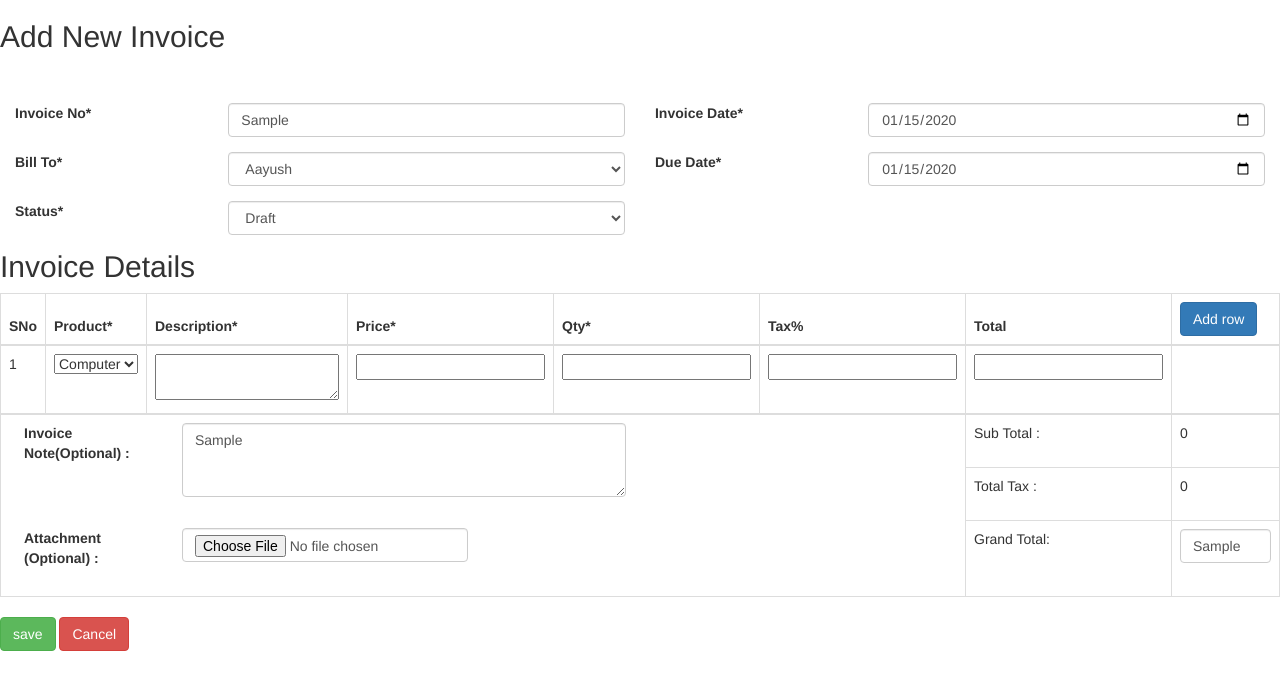
Repository: Aayush13013/Invoice_Management_app
Page: http://localhost/invoiceInfo/WEB-INF/jsp/new_invoiceInfo.jsp
These files come from the project's save history. The page is drawn as it stood at one moment and after the next save; the edit follows.
The browser window is 1280 px wide. The pictures show the whole page.
Empty fields were first filled with sample values (such as "Sample", 5 or name@example.com).
After loading, the first visible `input.btn` was clicked once.
The page is served by Tomcat 9. Nobody is signed in. Other server files are loaded and not shown. The template is opened directly, without the code that normally fills it, so the values that code supplies are empty.

Above is the page before, as saved 2021-12-28 05:38:53.

### invoiceInfo/invoiceInfo/src/main/webapp/WEB-INF/jsp/new_invoiceInfo.jsp
<%@ page language="java" contentType="text/html; charset=ISO-8859-1"
	pageEncoding="ISO-8859-1"%>
<%@ taglib prefix="form" uri="http://www.springframework.org/tags/form"%>
<%@ taglib prefix="c" uri="http://java.sun.com/jsp/jstl/core"%>


<!DOCTYPE html>
<html>

<head>
<meta charset="ISO-8859-1">
<title>Add New Invoice</title>

<link rel="stylesheet"
	href="https://maxcdn.bootstrapcdn.com/bootstrap/3.4.1/css/bootstrap.min.css">



</head>

<body>
	<script>
		function addRows(id) {
			var table = document.getElementById(id);
			var array = [ "Computer", "Mobile", "PenDrive", "Mouse" ];

			var rowCount = table.rows.length;
			var row = table.insertRow(rowCount);
			var counts = rowCount - 1;

			var cell0 = row.insertCell(0);
			cell0.innerHTML = rowCount + 1;

			var cell1 = row.insertCell(1);
			var element1 = document.createElement("select");
			element1.name = "listOfProducts[" + counts + "].productName";
			for (var i = 0; i < array.length; i++) {
				var option = document.createElement("option");
				option.value = array[i];
				option.text = array[i];
				element1.appendChild(option);
			}
			element1.required="required";
			cell1.appendChild(element1);

			var cell2 = row.insertCell(2);
			var element2 = document.createElement("textarea");
			element2.type = "text";
			element2.name = "listOfProducts[" + counts + "].description";
			element2.required="required";
			cell2.appendChild(element2);

			var cell3 = row.insertCell(3);
			var element3 = document.createElement("input");
			element3.type = "number";
			element3.name = "listOfProducts[" + counts + "].price";
			element3.required="required";
			cell3.appendChild(element3);

			var cell4 = row.insertCell(4);
			var element4 = document.createElement("input");
			element4.type = "number";
			element4.name = "listOfProducts[" + counts + "].qty";
			element4.required="required";
			cell4.appendChild(element4);

			var cell5 = row.insertCell(5);
			var element5 = document.createElement("input");
			element5.type = "number";
			element5.name = "listOfProducts[" + counts + "].taxPercent";
			element5.required="required";
			cell5.appendChild(element5);

			var cell6 = row.insertCell(6);
			var element6 = document.createElement("input");
			element6.type = "number";
			element6.name = "listOfProducts[" + counts + "].total";
			element6.required="required";
			cell6.appendChild(element6);

			var cell7 = row.insertCell(7);
			var element7 = document.createElement("input");
			element7


		}
	</script>


	<h2>Add New Invoice</h2>
	<br>



	<form:form action="/saveInvoice" modelAttribute="invoiceInfo"
		method="POST">
		<form:hidden path="id" placeholder="id" class="form-control " />
		<div class="form-row">
			<div class="form-group col-md-2">
				<label>Invoice No*</label>
			</div>
			<div class="form-group col-md-4">
				<form:input type="text" path="invoiceNo" placeholder="invoiceNo" required="required"
					class="form-control" />
			</div>
			<div class="form-group col-md-2">
				<label>Invoice Date*</label>

			</div>
			<div class="form-group col-md-4">
				<form:input type="date" path="invoiceDate" placeholder="invoiceDate"
					class="form-control " />
			</div>
		</div>
		<div class="form-row">
			<div class="form-group col-md-2">
				<label>Bill To*</label>

			</div>
			<div class="form-group col-md-4">
				<form:select path="billTo" class="form-control"
					required="required">
					<optgroup label="Select_Customer">
						<form:option value="Aayush"></form:option>
						<form:option value="Shridhar"></form:option>
						<form:option value="Suneel"></form:option>
						<form:option value="Lekhana"></form:option>
					</optgroup>
				</form:select>
			</div>
			<div class="form-group col-md-2">
				<label>Due Date*</label>

			</div>

			<div class="form-group col-md-4">
				<form:input type="date" path="dueDate" placeholder="dueDate"
					class="form-control " />
			</div>
		</div>
		<div class="form-row">
			<div class="form-group col-md-2">
				<label>Status*</label>

			</div>
			<div class="form-group col-md-4">
				<form:select path="status" class="form-control"  >
					<optgroup label="Select_Status">
						<form:option value="Draft"></form:option>
						<form:option value="Sent"></form:option>
						<form:option value="Paid"></form:option>
					</optgroup>
				</form:select>
			</div>
			<div class="form-group col-md-2">
				<label hidden>** :</label>
			</div>
			<div class="form-group col-md-4">
				<input type="text" class="form-control" style="visibility: hidden;">
			</div>
		</div>


		<div class="form-row">
			<h2>Invoice Details</h2>

			<table class="table table-bordered">
				<thead>
					<tr>
						<th>SNo</th>
						<th>Product*</th>
						<th>Description*</th>
						<th>Price*</th>
						<th>Qty*</th>
						<th>Tax%</th>
						<th>Total</th>
						<th><input type="button" value="Add row" class="btn btn-primary"
							onclick="addRows('myTable')" /></th>
					</tr>

				</thead>
				<tbody id="myTable">

				</tbody>
				<tr>
					<td colspan="6" rowspan="2">
						<div class="form-group  col-md-2">
							<label>Invoice Note(Optional) :</label>
						</div>
						<div class="form-group   col-md-6">
							<textarea class="form-control rounded-0" name="invoiceNote"
								id="invoiceNote" rows="3" maxlength="1000"
								placeholder="Invoice Note"></textarea>
						</div>
					</td>
					<td>Sub Total :</td>
					<td><span path="subTotal" name="subTotal" id="subTotal">0</span></td>
				</tr>
				<tr>
					<td>Total Tax :</td>
					<td><span path="totalTax" name="totalTax" id="totalTax">0</span></td>
				</tr>
				<tr>
					<td colspan="6" style="border-top: hidden">
						<div class="form-group  col-md-2">
							<label>Attachment (Optional) :</label>
						</div>
						<div class="form-group col-md-4">
							<input type="file" name="file" path="file" placeholder="Attachment"
								id="file" class="form-control">
						</div>
					</td>
					<td>Grand Total:</td>
					<td><input type="text" path="grandTotal" name="grandTotal"
						id="grandTotal"  class="form-control col-4 mb-4" /></td>
				</tr>

			</table>
		</div>

		<input type="submit" value="save" class="btn btn-success" />
		<button type="clear" class="btn btn-danger">Cancel</button>
	</form:form>
</body>

</html>

After the next save:
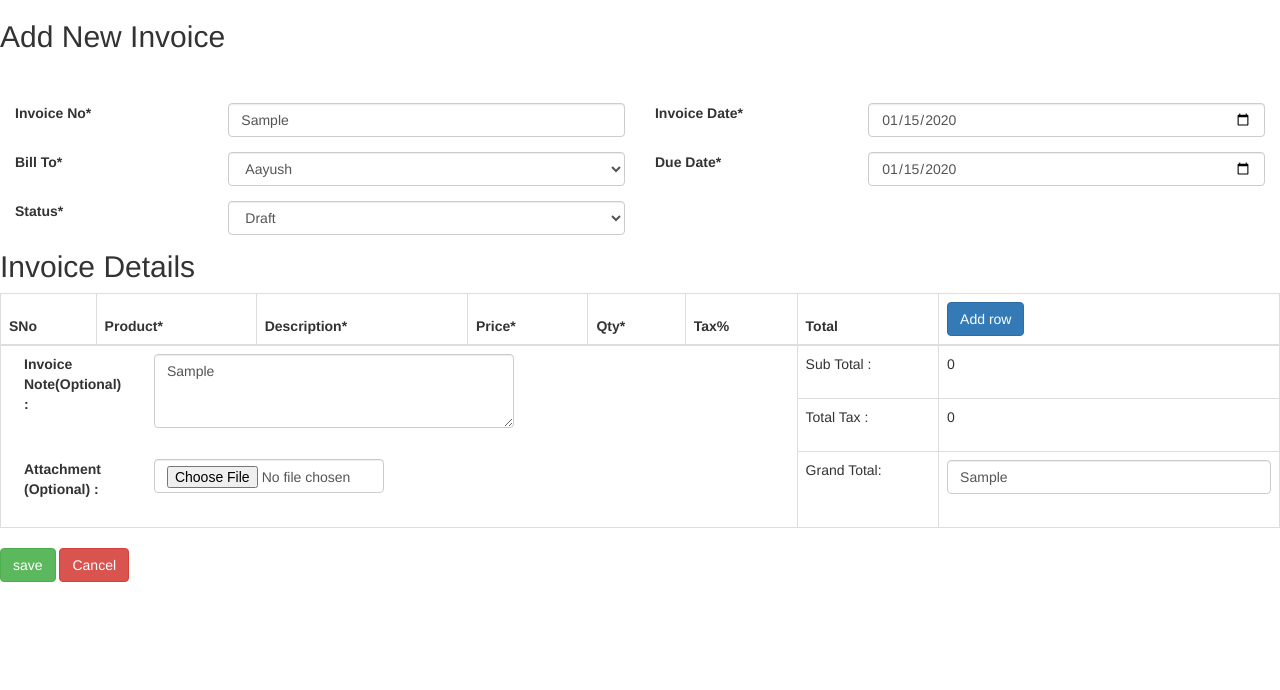
Console error: SyntaxError: Unexpected token '}'
Saved 4 s later.
--- a/invoiceInfo/invoiceInfo/src/main/webapp/WEB-INF/jsp/new_invoiceInfo.jsp
+++ b/invoiceInfo/invoiceInfo/src/main/webapp/WEB-INF/jsp/new_invoiceInfo.jsp
@@ -80,7 +80,7 @@
 
 			var cell7 = row.insertCell(7);
 			var element7 = document.createElement("input");
-			element7
+			element7.type=
 
 
 		}

After the 3 saves that followed:
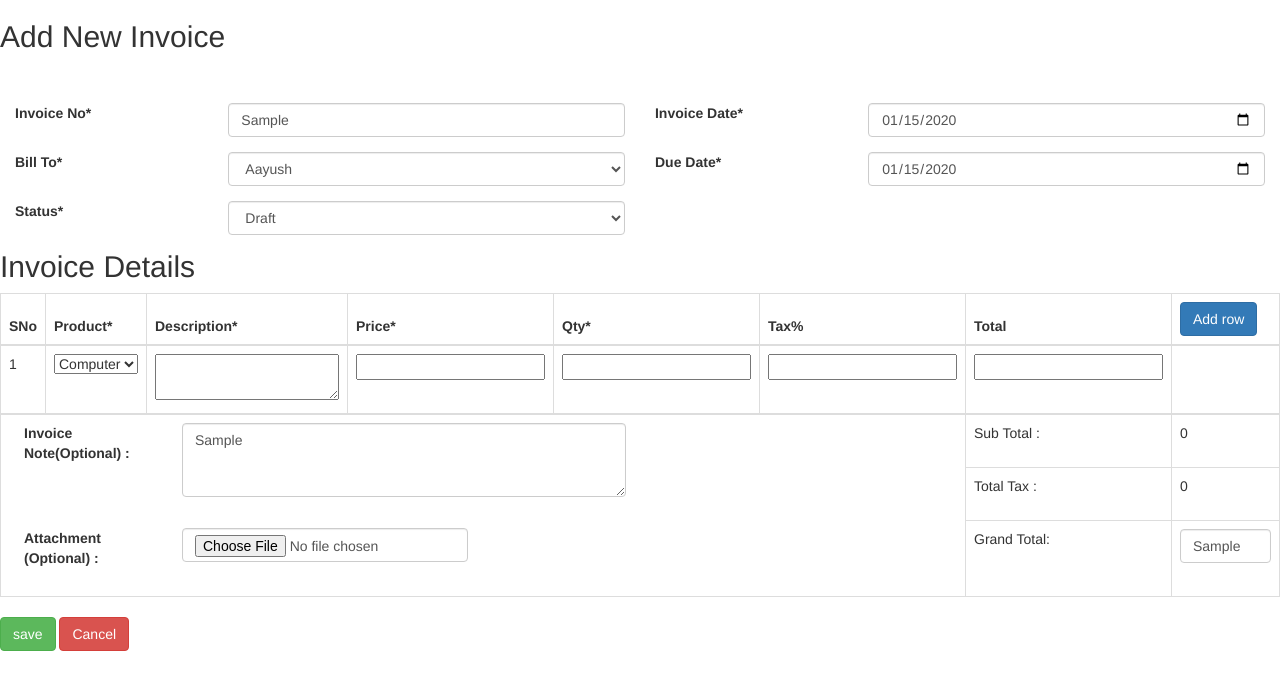
The error is gone.
The 3 saves are shown as one change because they came seconds apart.
The last was saved 10 s later.
--- a/invoiceInfo/invoiceInfo/src/main/webapp/WEB-INF/jsp/new_invoiceInfo.jsp
+++ b/invoiceInfo/invoiceInfo/src/main/webapp/WEB-INF/jsp/new_invoiceInfo.jsp
@@ -80,7 +80,8 @@
 
 			var cell7 = row.insertCell(7);
 			var element7 = document.createElement("input");
-			element7.type=
+			element7.type="button";
+			element7
 
 
 		}
